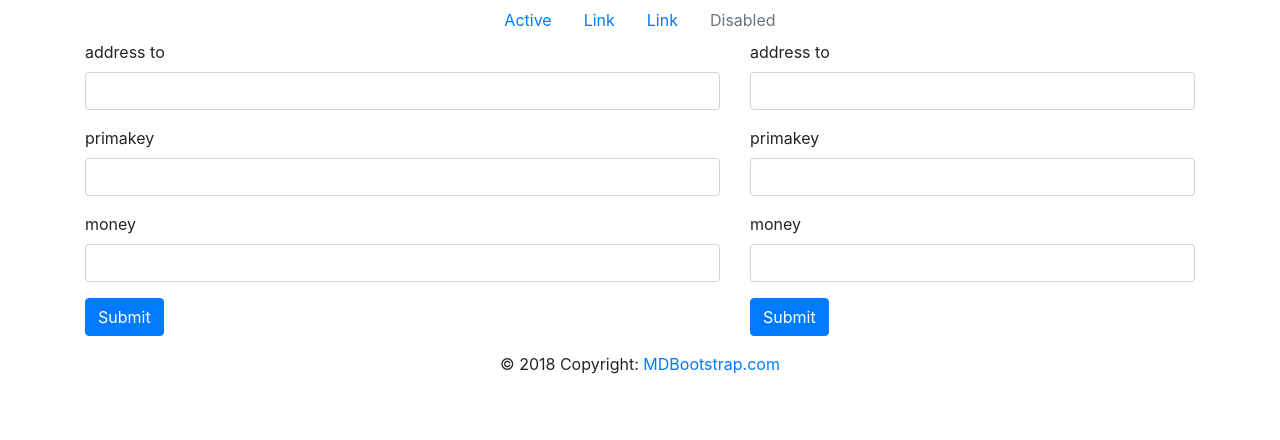
Repository: tienvins/vinsofts-blockchain-training-Oct2018
Page: http://localhost/
The author's editor kept a copy of each file at every save. The page is drawn from the files as they stood at one save, then again after the next save.
The browser window is 1280 px wide. The pictures show the whole page.
The page is served by the project's Node server (index.js).

Above is the page before, as saved 2018-11-06 09:39:17.

After the next save:
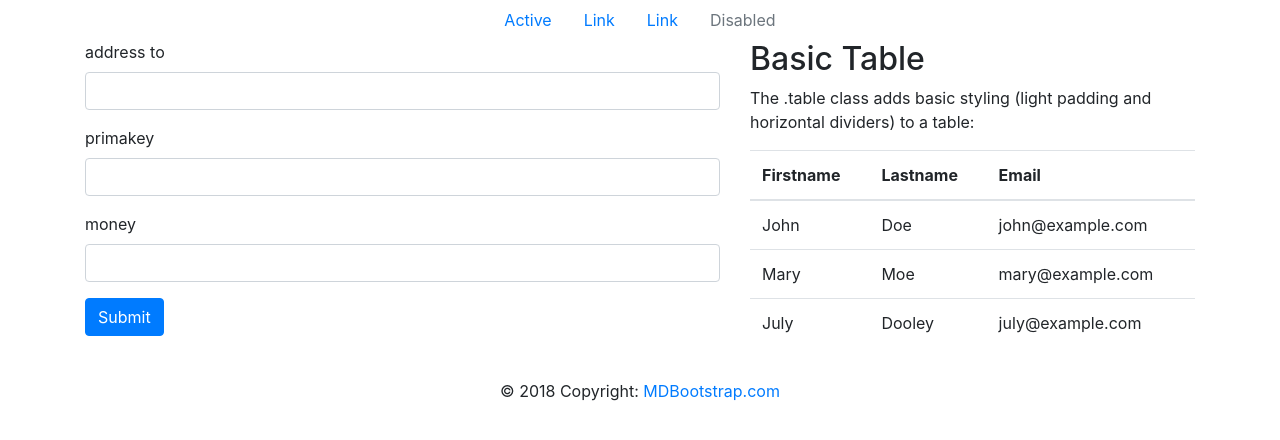
Saved 10 s later.
--- a/tunglt/dappbetting/views/home/index.ejs
+++ b/tunglt/dappbetting/views/home/index.ejs
@@ -23,21 +23,34 @@
 
     </div>
     <div class="col-md-5">
-      <form method="POST" action="transfer">
-        <div class="form-group">
-          <label>address to</label>
-          <input type="text" class="form-control" name="address_to">
-        </div>
-        <div class="form-group">
-          <label>primakey</label>
-          <input type="text" class="form-control" name="privatekey">
-        </div>
-        <div class="form-group">
-          <label>money</label>
-          <input type="number" class="form-control" name="money">
-        </div>
-        <button type="submit" class="btn btn-primary">Submit</button>
-      </form>
+      <h2>Basic Table</h2>
+  <p>The .table class adds basic styling (light padding and horizontal dividers) to a table:</p>
+  <table class="table">
+    <thead>
+      <tr>
+        <th>Firstname</th>
+        <th>Lastname</th>
+        <th>Email</th>
+      </tr>
+    </thead>
+    <tbody>
+      <tr>
+        <td>John</td>
+        <td>Doe</td>
+        <td>john@example.com</td>
+      </tr>
+      <tr>
+        <td>Mary</td>
+        <td>Moe</td>
+        <td>mary@example.com</td>
+      </tr>
+      <tr>
+        <td>July</td>
+        <td>Dooley</td>
+        <td>july@example.com</td>
+      </tr>
+    </tbody>
+  </table>
     </div>
   </div>
 </div>
